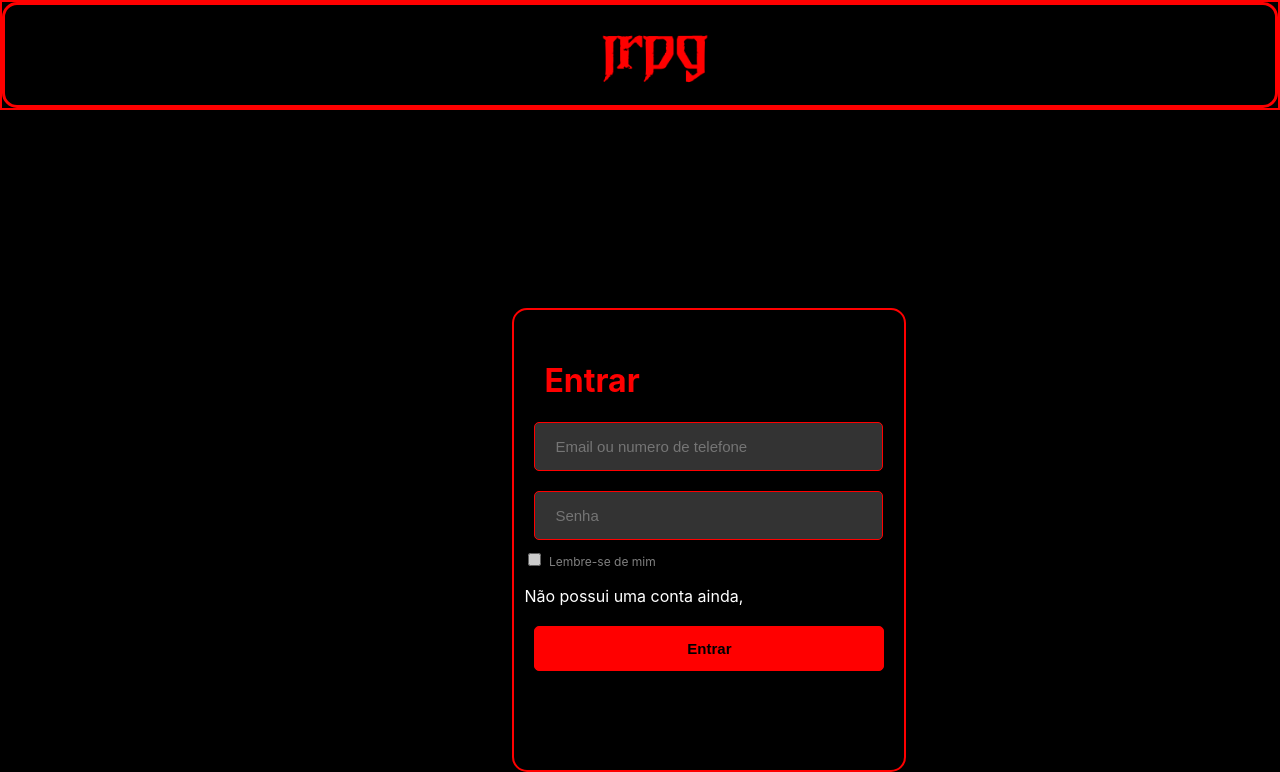
Repository: jpmaffei18/PROJETO_JAVA
Page: http://localhost/FinalWeb/
The author's editor kept a copy of each file at every save. The page is drawn from the files as they stood at one save, then again after the next save.
The browser window is 1280 px wide. The pictures show the whole page.
Some web fonts or font styles are not loaded; a fallback is used. The page is served by Tomcat 9. Other server files are loaded and not shown.

Above is the page before, as saved 2023-04-12 12:21:44.

### FinalWeb/src/main/webapp/index.jsp
<!DOCTYPE html>
<html lang="pt-br">
<head>
    <meta charset="UTF-8">
    <meta http-equiv="X-UA-Compatible" content="IE=edge">
    <meta name="viewport" content="width=device-width, initial-scale=1.0">
    <link href="login.css" rel="stylesheet">
    <link href="https://fonts.cdnfonts.com/css/gobold" rel="stylesheet">
    <link href="https://fonts.cdnfonts.com/css/glacial-indifference-2" rel="stylesheet">

    <title> LOGIN </title>
</head>
<body>
    <header class="cabecalho">
       <img src="imagens/JRPG LOGO.png">
    </header>


    <div class="form">
        <h1>Entrar</h1>
            <form method="POST" action="LoginServlet">
                <input type="text" name="usuario" id="email" class="email"placeholder="Email ou numero de telefone" style="width: 325px; height: 45px; border: solid 1px red; border-radius:5px;  margin-left: 10px; background-color: #333333; padding-left: 20px;  color: white; font-size: 15px;" >
                <br/>
                <br/>
                <input type="password" name="senha" id="password" class="form-control" data-toggle="password" placeholder="Senha" style="width: 325px; height: 45px; border: solid 1px red; border-radius:5px;  background-color: #333333; color: white; padding-left: 20px; margin-bottom: 10px; margin-left: 10px; font-size: 15px;">
                <br/>
                <div class="box">
                <input type="checkbox" style="opacity: 0.8" value="lembre-se de mim" style="margin-left: 0px; background-color:grey;"/>
                <label for="lembre-se de mim" style="font-size: 12px; color:grey;">Lembre-se de mim</label>
                </div>

                <p>Não possui uma conta ainda, <a href="cadastro.jsp"> </a>

                <br/>
                <br/>

                <input type="submit" name="submit" id="submit" class="submit" style="background-color: red; color: black; width: 350px; height: 45px; border-radius:5px; border:solid 1px red; margin-bottom: 5px; margin-left: 10px; font-weight:900; font-size: 15px; " value="Entrar"/>
                </form>
                </div>

</body>
</html>

### FinalWeb/src/main/webapp/login.css
@import url('https://fonts.cdnfonts.com/css/glacial-indifference-2');
@import url('https://fonts.cdnfonts.com/css/gobold');



body{
    margin: 0;
    margin-top: 0;
    background-color: black ;
    overflow-x: hidden;
    border: solid 2px red;
}

.conteudo{
    width: 100%;
    height: 848px;
    border: solid 2px red;
}

.cabecalho{
    background-color: black ;
    width: 99,7%;
    height: 80px;
    border-radius: 15px;
    border: solid 3px red;
    color: red;
    padding-top: 20px;
    padding-left: 80px;
    align-content: center;
    align-items: center;
    text-align: center;
}

header img{
    margin-top: -20px;
    width: 200px;
    margin-right: 60px;
}

header h3{
    float: right;
    margin-right: 20px;
    margin-left:-40px;
}

header a{
    color: white;
    text-decoration: none;
}


.form{
    height: 400px;
    width: 350px;
    float: left;
    background-color: rgba(0,0,0,.75);
    border: solid 2px red;
    border-radius:15px;
    margin-left: 40%;
    margin-top: 200px;
    padding: 30px;
    padding-left:10px;
    font-family:-apple-system, BlinkMacSystemFont, 'Segoe UI', Roboto, Oxygen, Ubuntu, Cantarell,
    'Open Sans', 'Helvetica Neue', sans-serif;
    color: white;




}
.form h1{
    text-align: left;
    margin-left: 20px;
    color: red;
}

.form .inputs{
    padding: 5px;
    border-radius: 5px;

}

After the next save:
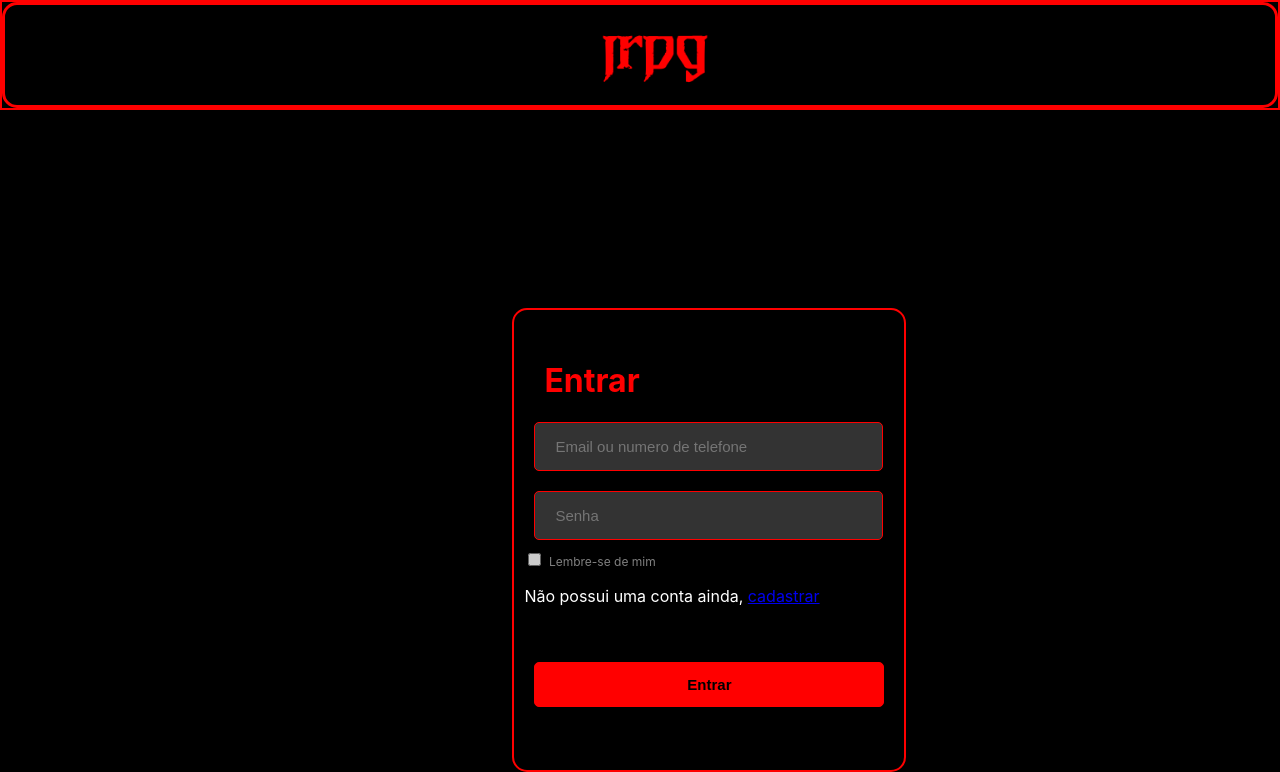
Saved 11 s later.
--- a/FinalWeb/src/main/webapp/index.jsp
+++ b/FinalWeb/src/main/webapp/index.jsp
@@ -29,7 +29,7 @@
                 <label for="lembre-se de mim" style="font-size: 12px; color:grey;">Lembre-se de mim</label>
                 </div>
 
-                <p>Não possui uma conta ainda, <a href="cadastro.jsp"> </a>
+                <p>Não possui uma conta ainda, <a href="cadastro.jsp"> cadastrar</a></p>
 
                 <br/>
                 <br/>
